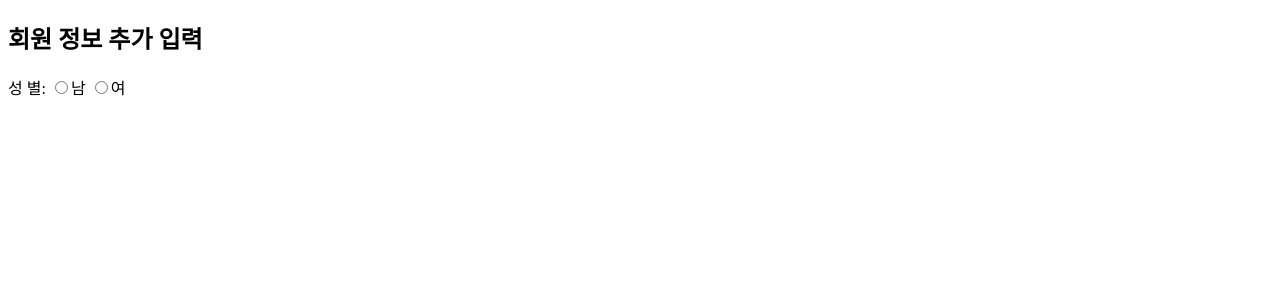
Repository: lopanghub/git_study
Page: http://localhost/JSPPracticeCh08/session/sessionAttributeForm02.jsp
An editor plug-in stored every save of this project. The page is shown before and after the next save, followed by the edit.
The browser window is 1280 px wide. The pictures show the whole page.
The page is served by Tomcat 9. Other server files are loaded and not shown.

Above is the page before, as saved 2024-04-16 07:26:47.

### JSPStudy/JSPPracticeCh08/src/main/webapp/session/sessionAttributeForm02.jsp
<%@ page language="java" contentType="text/html; charset=UTF-8"
    pageEncoding="UTF-8"%>
<!DOCTYPE html>
<html>
<head>
<meta charset="UTF-8">
<title>회원 정보 추가 입력</title>
</head>
<body>
	<h2>회원 정보 추가 입력</h2>
	<form action="sessionAttributeProcess.jsp" method="post">
		<p>성  별:
			<input type ="radio" name="gender" value="male"/>남
			<input type ="radio" name="gender" value="female"/>여</p>
	</form>
</body>
</html>

After the next save:
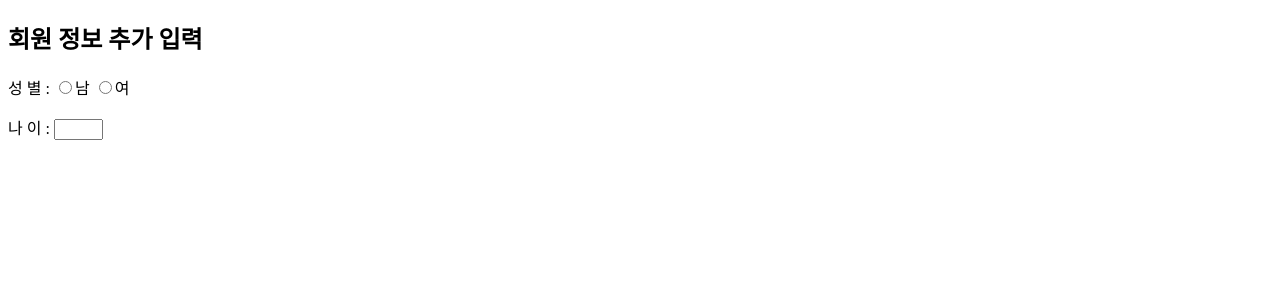
Saved 43 s later.
--- a/JSPStudy/JSPPracticeCh08/src/main/webapp/session/sessionAttributeForm02.jsp
+++ b/JSPStudy/JSPPracticeCh08/src/main/webapp/session/sessionAttributeForm02.jsp
@@ -9,9 +9,11 @@
 <body>
 	<h2>회원 정보 추가 입력</h2>
 	<form action="sessionAttributeProcess.jsp" method="post">
-		<p>성  별:
+		<p>성  별 :
 			<input type ="radio" name="gender" value="male"/>남
 			<input type ="radio" name="gender" value="female"/>여</p>
+		<p>나  이 :
+			<input type="text" name="age" size="3"/></p>
 	</form>
 </body>
 </html>
